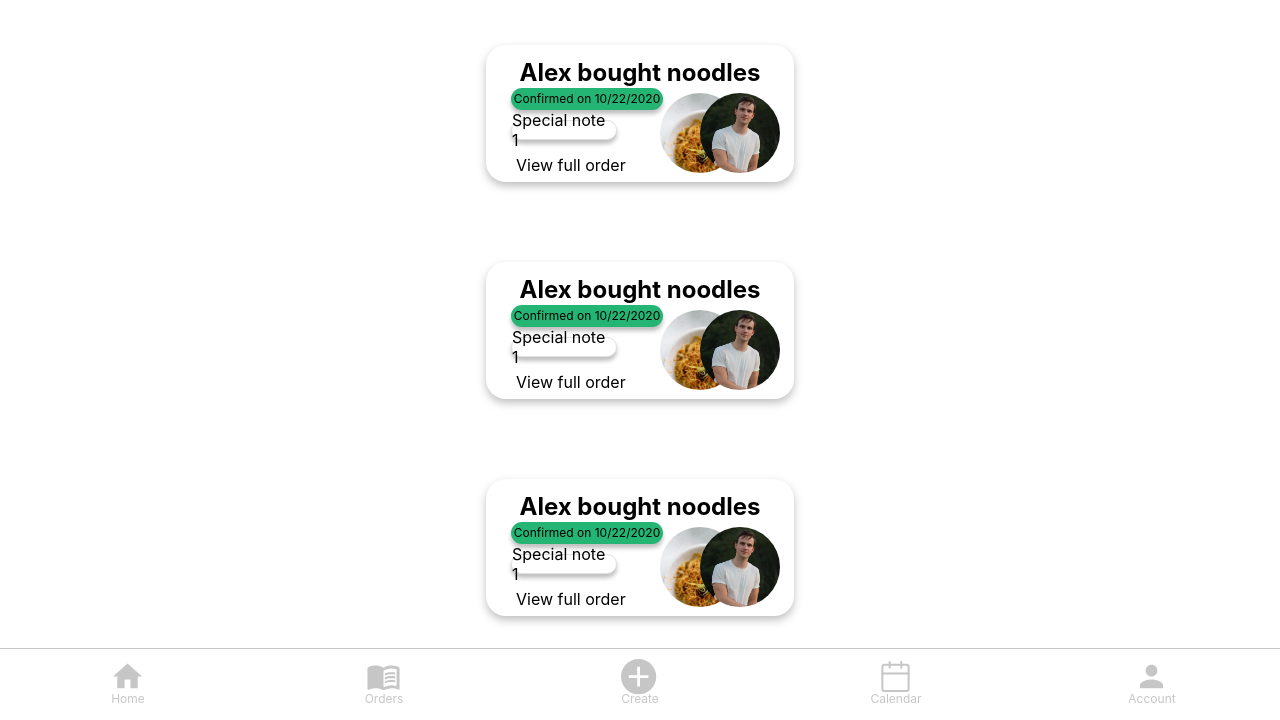
Repository: nguyenlejoe/HomeChef
Page: /ChefOrdersConfirmed (app in app/)
The author's editor kept a copy of each file at every save. The page is drawn from the files as they stood at one save, then again after the next save.
The browser window is 1280 px wide. The pictures show the whole page.
An inner scrolling area shows only its first screen. The project was rebuilt for these pictures with package versions that can differ from the ones it lists, and the page was loaded fresh each time. A package was used in the major version that the imports need, not the one package.json lists. Also part of the build but not shown: app/src/comps/MainButton/index.js, app/src/comps/NavBarGourmet/index.js, app/src/pages/ChefReview.js, app/src/App.scss, app/src/pages/CreateAccountChef/CreateAccountCheff.scss, app/src/comps/SignUp/index.js, app/src/comps/CreateAccount/index.js, app/src/pages/CreateAccountChef/index.js and 28 more.

Above is the page before, as saved 2020-11-09 01:46:41.

After the next save:
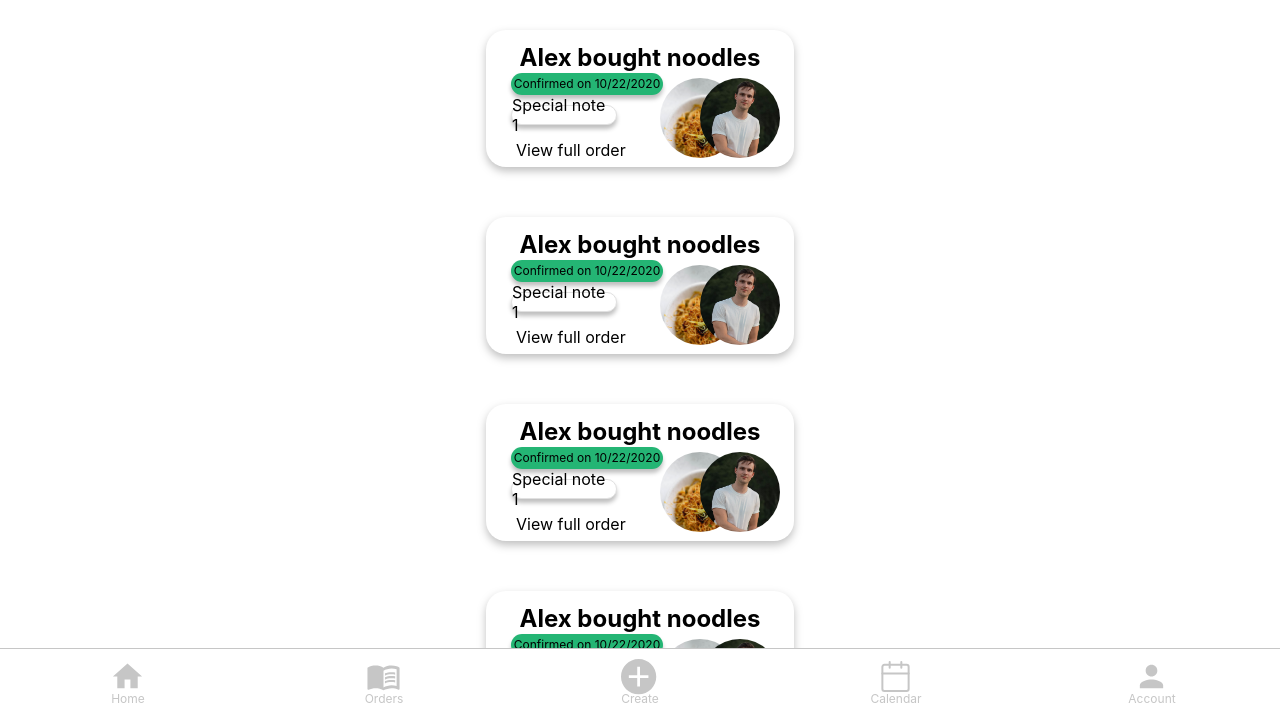
Saved 7 s later.
--- a/app/src/pages/ChefOrdersConfirmed/ChefOrdersConfirmed.scss
+++ b/app/src/pages/ChefOrdersConfirmed/ChefOrdersConfirmed.scss
@@ -17,7 +17,7 @@
 }
 
 .OrderSummary{
-    margin: 35px;
+    margin: 20px;
 }
 
 .Nav{
